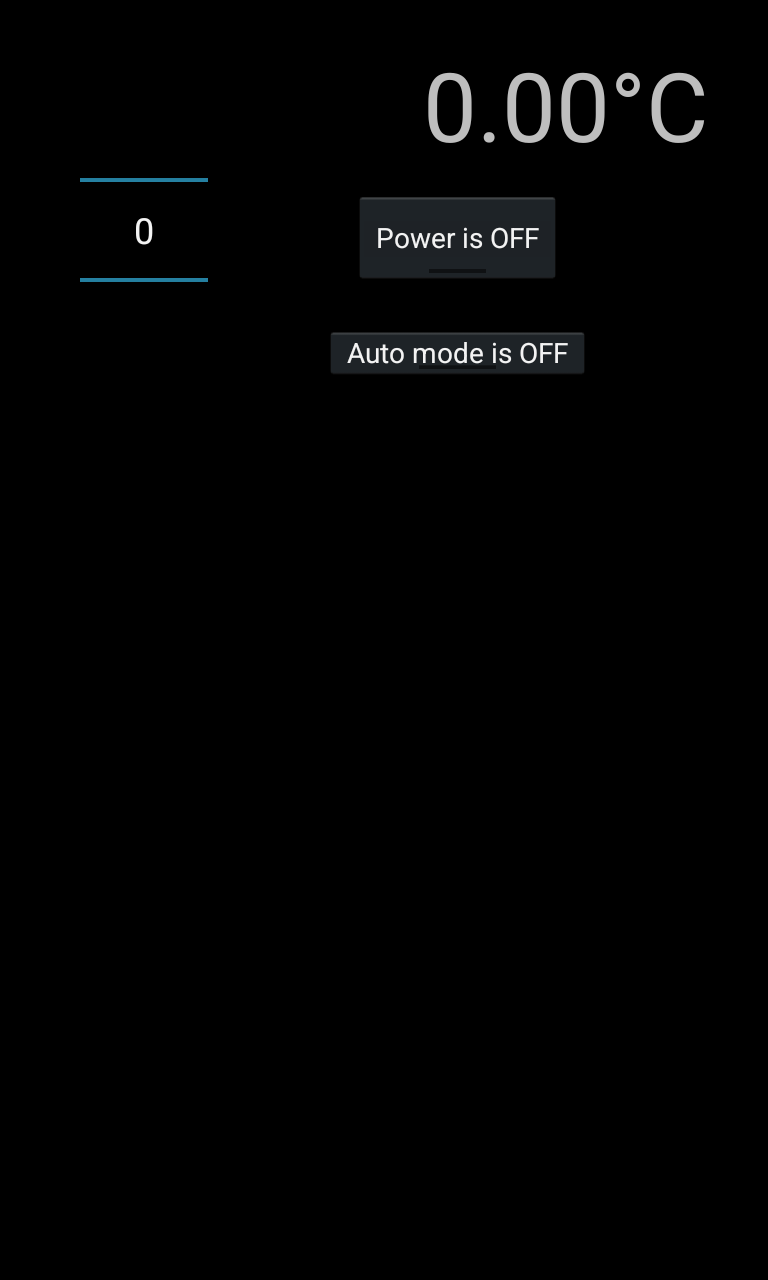
Repository: deanzaka/Embedded-Freezmo
Layout: Embedded-Freezmo/applications/IOIOSimpleApp/res/layout/main.xml
These files come from the project's save history. The layout is drawn as it stood at one moment and after the next save; the edit follows.
It is drawn on a 768 x 1280 px phone screen (xhdpi) without system bars, with theme android:Theme.Holo; the app's code is not run.

Above is the layout before, as saved 2014-06-11 22:50:00.

### Embedded-Freezmo/applications/IOIOSimpleApp/res/layout/main.xml
<?xml version="1.0" encoding="utf-8"?>
<LinearLayout xmlns:android="http://schemas.android.com/apk/res/android"
    android:orientation="vertical"
    android:layout_width="fill_parent"
    android:layout_height="fill_parent">

    <LinearLayout
        android:layout_width="fill_parent"
        android:layout_height="200dp"
        android:orientation="vertical" >

        <LinearLayout
            android:layout_width="fill_parent"
            android:layout_height="fill_parent" >

            <NumberPicker
			    android:id="@+id/userTemp"
			    android:layout_width="wrap_content"
			    android:layout_height="wrap_content"
			    android:layout_marginTop="30dp"
			    android:layout_marginLeft="40dp"/>

            <LinearLayout
                android:layout_width="fill_parent"
                android:layout_height="fill_parent"
                android:layout_marginTop="20dp"
                android:layout_marginRight="30dp"
                android:orientation="vertical" >

                <RelativeLayout
                    android:layout_width="fill_parent"
                    android:layout_height="wrap_content" >

                    <TextView
					    android:id="@+id/Celcius"
					    android:layout_width="wrap_content"
					    android:layout_height="wrap_content"
					    android:layout_alignParentRight="true"
					    android:text="°C"
					    android:textSize="48sp" />

                    <TextView
					    android:id="@+id/Value"
					    android:layout_width="wrap_content"
					    android:layout_height="wrap_content"
					    android:layout_toLeftOf="@id/Celcius"
					    android:text="0.00"
					    android:textSize="48sp" />



                </RelativeLayout>

				<ToggleButton
					android:id="@+id/ToggleOn"
					android:layout_width="wrap_content"
					android:layout_height="wrap_content"
					android:layout_margin="10dp"
					android:textOff="Power is OFF"
					android:textOn="Power mode is ON"
					android:layout_gravity="center"
					/>

				<ToggleButton
					android:id="@+id/ToggleAuto"
					android:layout_width="wrap_content"
					android:layout_height="wrap_content"
					android:layout_margin="10dp"
					android:textOff="Auto mode is OFF"
					android:textOn="Auto mode is ON"
					android:layout_gravity="center"
					/>
            </LinearLayout>

        </LinearLayout>

    </LinearLayout>

    <LinearLayout
        android:layout_width="fill_parent"
        android:layout_height="wrap_content"
        android:orientation="vertical" >
    </LinearLayout>

	</LinearLayout>

After the next save:
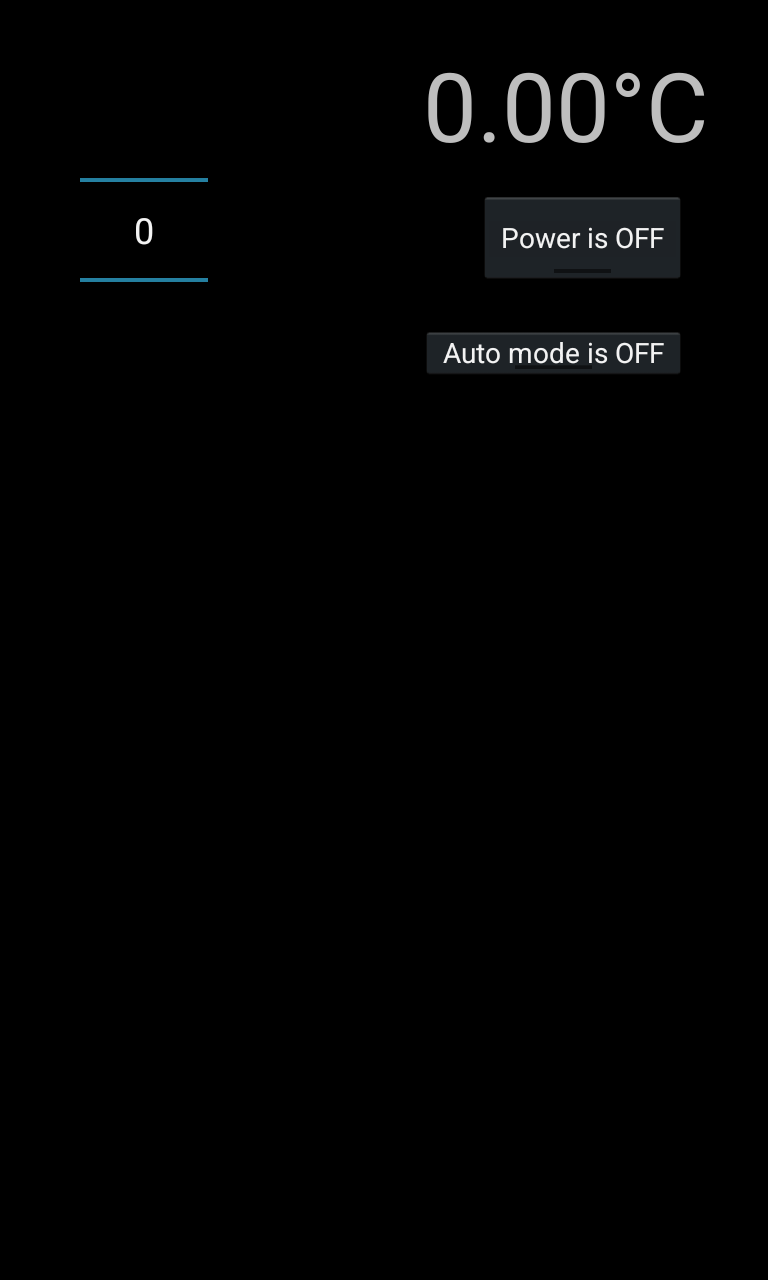
Saved 28 s later.
--- a/Embedded-Freezmo/applications/IOIOSimpleApp/res/layout/main.xml
+++ b/Embedded-Freezmo/applications/IOIOSimpleApp/res/layout/main.xml
@@ -58,7 +58,7 @@
 					android:layout_margin="10dp"
 					android:textOff="Power is OFF"
 					android:textOn="Power mode is ON"
-					android:layout_gravity="center"
+					android:layout_gravity="right"
 					/>
 
 				<ToggleButton
@@ -68,7 +68,7 @@
 					android:layout_margin="10dp"
 					android:textOff="Auto mode is OFF"
 					android:textOn="Auto mode is ON"
-					android:layout_gravity="center"
+					android:layout_gravity="right"
 					/>
             </LinearLayout>
 
